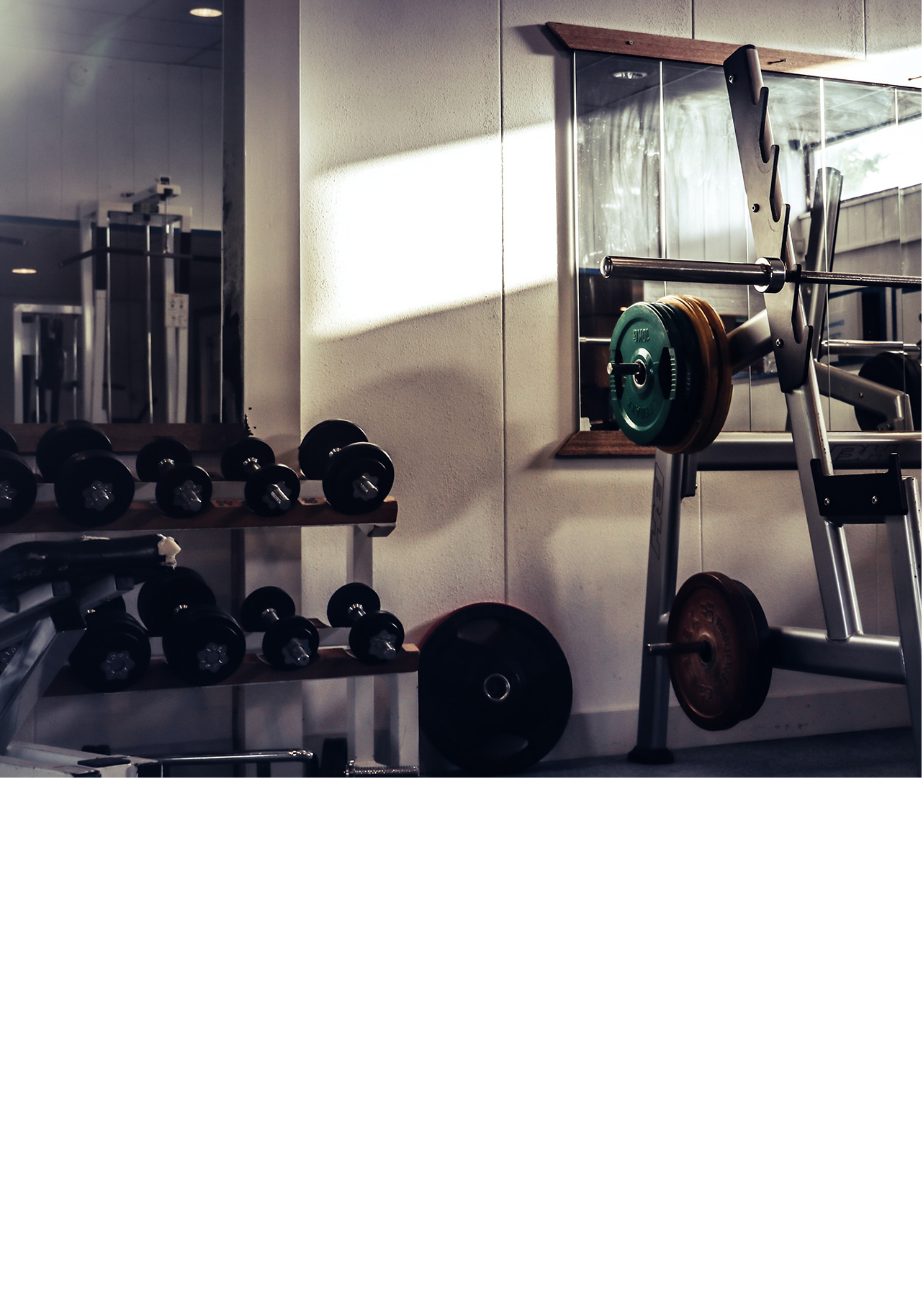
Repository: Mini-T/php-propre
Page: http://localhost/
These files come from the project's save history. The page is drawn as it stood at one moment and after the next save; the edit follows.
The browser window is 1280 px wide. The pictures show the whole page, at 72% of full size.
The page is run by PHP 8.4 with error messages shown; the project is at /var/www/html/.

Above is the page before, as saved 2021-03-25 10:53:35.

### Partiel/index.php
<!DOCTYPE html>
<html lang="en">

<head>
    <meta charset="UTF-8">
    <meta http-equiv="X-UA-Compatible" content="IE=edge">
    <meta name="viewport" content="width=device-width, initial-scale=1.0">
    <title>Document</title>
    <link rel="stylesheet" href="main.css">
</head>

<body>
    <div id="main">
        <header id="image">



                <div class="frat"></div>

                <div class="fratt">
                    <div id="row1">
                        <a href="#">Espaces membre</a>
                        <br>
                        <a href="#">S'inscrire</a>
                    </div>
                    <div id="row2">
                        <h1 id="titre">Fit it</h1>
                        <p class="text">Pour se motiver et rester motivé, de l’initiation
                            pour les débutants à l’accompagnement au
                            quotidien dans votre pratique du fitness.</p>
                        <a href="#" class="text">Inscrivez-vous</a>
                    </div>
                    <div id="row3"><a href="" class="text" id="follow">Follow</a></div>
                </div>

        </header>
    </div>
</body>

</html>

### Partiel/main.css
#main{
    display: flex;
}
body{
    overflow: hidden;
    margin: 0px;
}
a{
    text-decoration: none;
    color: unset;
}

#image{
    background-image: url('fond-normal-size.jpg');
    color: white;
    font-family: kanit;
    display: grid;
    max-width: 1920px;
    grid-template-columns: 1fr 1,5Fr;
    width: 100vw;
    height: 1080px;
    flex-direction: column;
}
.center{
    background: black;
    align-self: center;
}
.topright{
    background: black;
    font-size: 37px;
    text-align: right;
    margin-bottom: 243px;
}
#titre{
    margin: 0px;
    font-family: kanit medium;
    font-weight: normal;
    font-size: 117px;
    text-align: left;
}
.text{
    font-size: 37px;
    font-family: Sohne-Leicht ;
}
#follow{
    margin-bottom: 40px;
    text-align: right;
    height: fit-content;
    text-align: right;
}

.frat{
    width: 100%;
    height: 1080px;

}
.fratt{
    padding: 0px 45px  0px 45px;
    max-height: 1080px;
    height: 100vh;
    display: grid;
    grid-template-rows: 1fr 4fr 1fr ;



}
#row1{
    font-size: 37px;
    text-align: right;
}
#row2{

        height: fit-content
}
#row3{
    height: 100%;
    display: flex;
    flex-direction: column;
    justify-content: flex-end;
    align-content: flex-end;
}
#overlay {
    background-color: black;
}

After the next save:
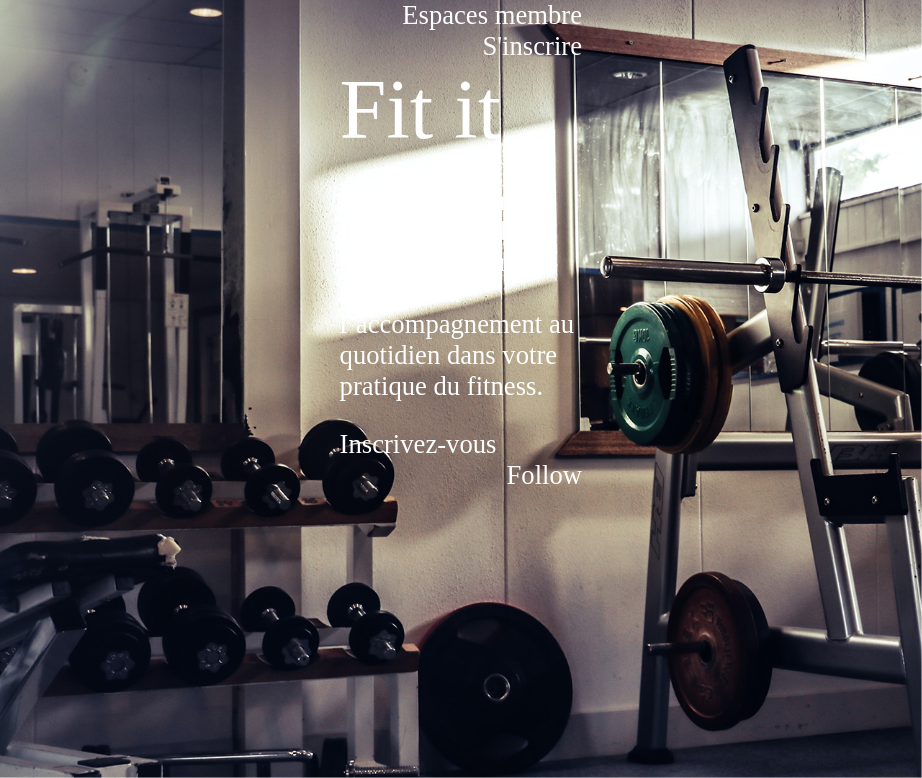
Saved 12 s later.
--- a/Partiel/main.css
+++ b/Partiel/main.css
@@ -16,7 +16,7 @@ a{
     font-family: kanit;
     display: grid;
     max-width: 1920px;
-    grid-template-columns: 1fr 1,5Fr;
+    grid-template-columns: 1fr 1Fr 1FR;
     width: 100vw;
     height: 1080px;
     flex-direction: column;
